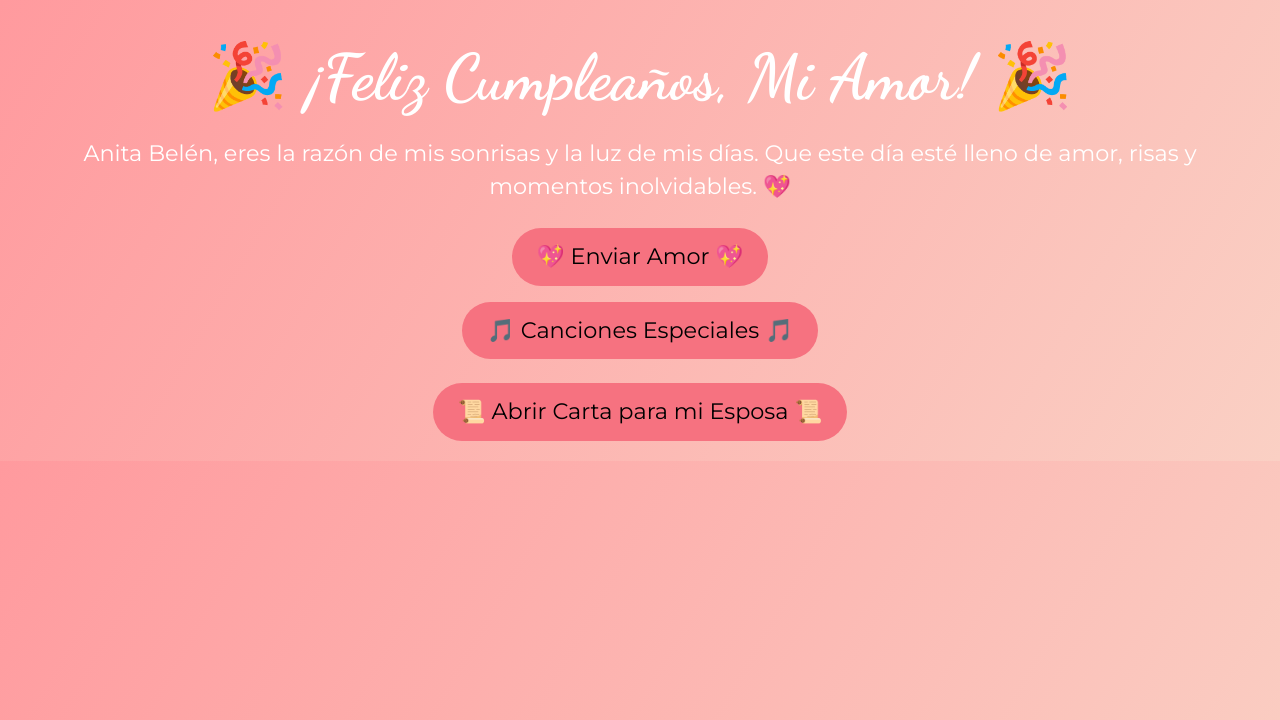
Repository: Jchimbo99/Esposa
Page: index.html
These files come from the project's save history. The page is drawn as it stood at one moment and after the next save; the edit follows.
The browser window is 1280 px wide. The pictures show the whole page.

Above is the page before, as saved 2025-01-24 10:04:37.

After the next save:
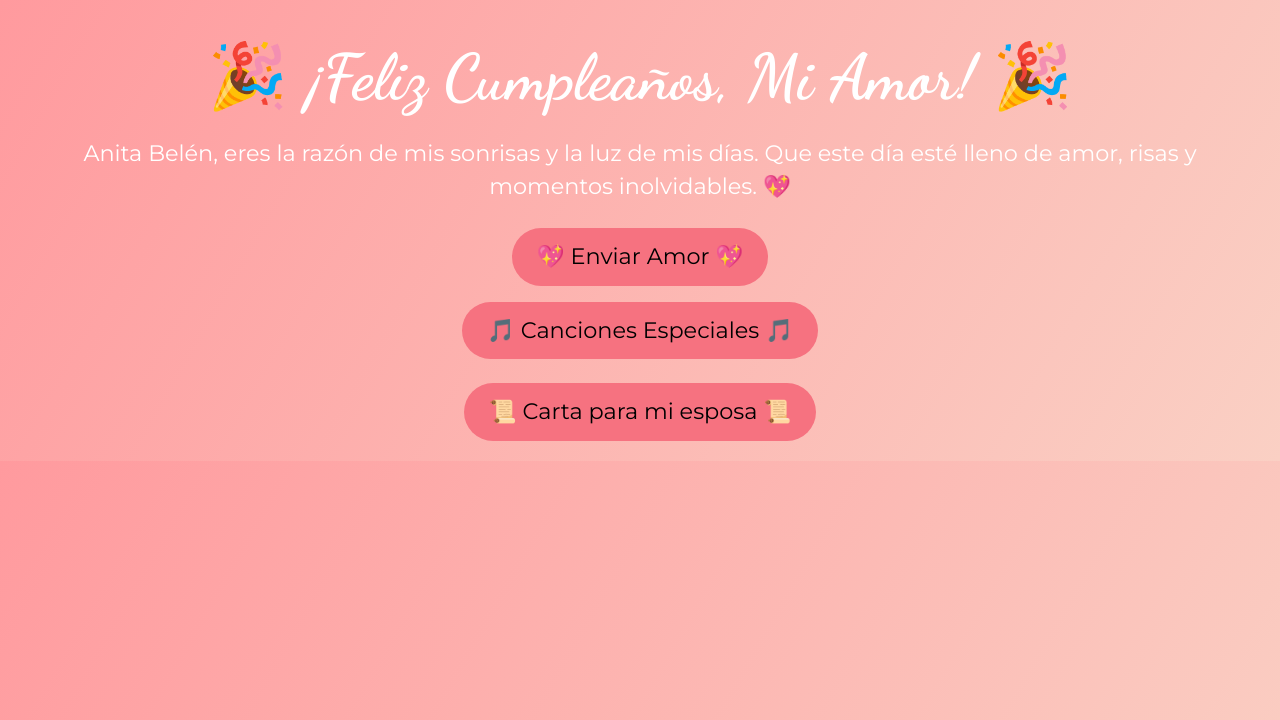
Saved 93 s later.
--- a/index.html
+++ b/index.html
@@ -120,26 +120,18 @@
             </div>
         </div>
 
-        <!-- Nuevo botón para abrir la carta -->
+        <!-- Nuevo botón para abrir la carta automáticamente -->
         <div class="mt-4">
-            <button class="btn btn-custom" onclick="openCarta()">📜 Abrir Carta para mi Esposa 📜</button>
+            <button class="btn btn-custom" onclick="openCarta()">📜 Carta para mi esposa 📜</button>
         </div>
 
         <!-- Contenedor de la carta -->
         <div id="cartaContainer">
-            <img src="https://via.placeholder.com/300x200.png?text=Abrir+Carta" class="carta-img" onclick="toggleCarta()">
             <div id="carta" class="carta">
                 <p>Mi amor,</p>
-                <p>Querida Anita Belén:
-                    Hoy, en el día de tu cumpleaños, quiero escribirte desde lo más profundo de mi corazón, porque no hay palabras suficientes para describir cuánto significas para mí. Eres mucho más que mi esposa; eres mi compañera de vida, mi apoyo incondicional y el mayor regalo que Dios me ha dado.
-                    Quiero agradecerte, mi amor, por ser esa mujer increíble que nunca deja de sorprenderme con su bondad, su paciencia y su fortaleza. Por cada sonrisa que me regalas, por cada palabra de aliento y por cada vez que me demuestras que el amor verdadero existe. En cada día de nuestra vida juntos, tú has sido mi razón para seguir adelante, incluso cuando la vida me pone retos.
-                    Gracias, Anita Belén, por cuidarme con tanto amor y dedicación, especialmente en los momentos difíciles. Por esas noches en las que velas por mí, por tus manos que me sostienen, por tu corazón lleno de amor que nunca se cansa de dar. Tu cariño es mi mayor bendición, y en tus ojos encuentro la paz que necesito para enfrentar cualquier cosa.
-                    Hoy, en tu día, le pido a Dios que te llene de salud, alegría y muchos años más de vida. Que cada sonrisa tuya se multiplique, que cada deseo de tu corazón se cumpla, y que todas las bendiciones que me das se te devuelvan al triple. Porque si alguien merece ser feliz, eres tú, mi reina.
-                    Quiero que sepas que, aunque no siempre pueda expresarlo como quisiera, cada día te amo más. Eres mi todo, mi motivo, mi milagro. Hoy celebro tu vida, y le doy gracias a Dios por permitirme compartirla contigo.
-                    Te amo con todo mi corazón. ¡Feliz cumpleaños, mi hermosa Anita Belén!
-
-                    </p>
-                <p class="signature">Con todo mi amor, [RUEDITAS]</p>
+                <p>Hoy es un día muy especial, un día en el que celebro la dicha de tenerte en mi vida. Tu amor me llena de alegría y me hace sentir afortunado cada día. Gracias por ser la razón de mis sonrisas y por llenar mi corazón de amor incondicional.</p>
+                <p>Te amo más de lo que las palabras pueden expresar, y siempre lo haré. ¡Feliz cumpleaños, mi amor! Que este día esté lleno de amor, felicidad y momentos que nunca olvidarás.</p>
+                <p class="signature">Con todo mi amor, tu [nombre]</p>
             </div>
         </div>
     </div>
@@ -188,13 +180,13 @@
         }
 
         function openCarta() {
+            // Muestra el contenedor de la carta
             document.getElementById('cartaContainer').style.display = 'block';
-        }
 
-        function toggleCarta() {
-            const cartaImg = document.querySelector('.carta-img');
-            cartaImg.classList.toggle('opened');
-            document.getElementById('carta').style.display = 'block';
+            // Muestra la carta con un pequeño retraso para simular la animación de apertura
+            setTimeout(() => {
+                document.getElementById('carta').style.display = 'block';
+            }, 200);
         }
     </script>
 </body>

After the 2 saves that followed:
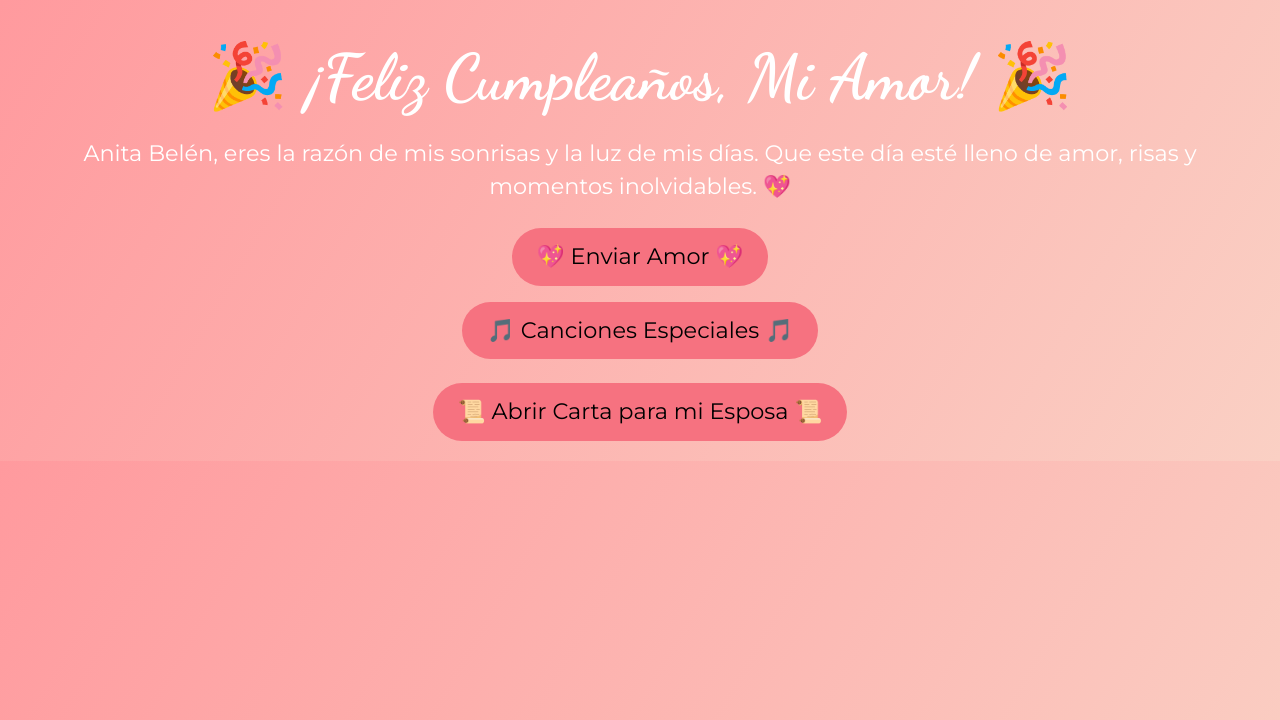
The 2 saves are shown as one change because they came seconds apart.
The last was saved 22 s later.
--- a/index.html
+++ b/index.html
@@ -120,18 +120,26 @@
             </div>
         </div>
 
-        <!-- Nuevo botón para abrir la carta automáticamente -->
+        <!-- Nuevo botón para abrir la carta -->
         <div class="mt-4">
-            <button class="btn btn-custom" onclick="openCarta()">📜 Carta para mi esposa 📜</button>
+            <button class="btn btn-custom" onclick="openCarta()">📜 Abrir Carta para mi Esposa 📜</button>
         </div>
 
         <!-- Contenedor de la carta -->
         <div id="cartaContainer">
+            <img src="https://via.placeholder.com/300x200.png?text=Abrir+Carta" class="carta-img" onclick="toggleCarta()">
             <div id="carta" class="carta">
                 <p>Mi amor,</p>
-                <p>Hoy es un día muy especial, un día en el que celebro la dicha de tenerte en mi vida. Tu amor me llena de alegría y me hace sentir afortunado cada día. Gracias por ser la razón de mis sonrisas y por llenar mi corazón de amor incondicional.</p>
-                <p>Te amo más de lo que las palabras pueden expresar, y siempre lo haré. ¡Feliz cumpleaños, mi amor! Que este día esté lleno de amor, felicidad y momentos que nunca olvidarás.</p>
-                <p class="signature">Con todo mi amor, tu [nombre]</p>
+                <p>Querida Anita Belén:
+                    Hoy, en el día de tu cumpleaños, quiero escribirte desde lo más profundo de mi corazón, porque no hay palabras suficientes para describir cuánto significas para mí. Eres mucho más que mi esposa; eres mi compañera de vida, mi apoyo incondicional y el mayor regalo que Dios me ha dado.
+                    Quiero agradecerte, mi amor, por ser esa mujer increíble que nunca deja de sorprenderme con su bondad, su paciencia y su fortaleza. Por cada sonrisa que me regalas, por cada palabra de aliento y por cada vez que me demuestras que el amor verdadero existe. En cada día de nuestra vida juntos, tú has sido mi razón para seguir adelante, incluso cuando la vida me pone retos.
+                    Gracias, Anita Belén, por cuidarme con tanto amor y dedicación, especialmente en los momentos difíciles. Por esas noches en las que velas por mí, por tus manos que me sostienen, por tu corazón lleno de amor que nunca se cansa de dar. Tu cariño es mi mayor bendición, y en tus ojos encuentro la paz que necesito para enfrentar cualquier cosa.
+                    Hoy, en tu día, le pido a Dios que te llene de salud, alegría y muchos años más de vida. Que cada sonrisa tuya se multiplique, que cada deseo de tu corazón se cumpla, y que todas las bendiciones que me das se te devuelvan al triple. Porque si alguien merece ser feliz, eres tú, mi reina.
+                    Quiero que sepas que, aunque no siempre pueda expresarlo como quisiera, cada día te amo más. Eres mi todo, mi motivo, mi milagro. Hoy celebro tu vida, y le doy gracias a Dios por permitirme compartirla contigo.
+                    Te amo con todo mi corazón. ¡Feliz cumpleaños, mi hermosa Anita Belén!
+
+                    </p>
+                <p class="signature">Con todo mi amor, [RUEDITAS]</p>
             </div>
         </div>
     </div>
@@ -180,13 +188,13 @@
         }
 
         function openCarta() {
-            // Muestra el contenedor de la carta
             document.getElementById('cartaContainer').style.display = 'block';
-
-            // Muestra la carta con un pequeño retraso para simular la animación de apertura
-            setTimeout(() => {
-                document.getElementById('carta').style.display = 'block';
-            }, 200);
+        }
+
+        function toggleCarta() {
+            const cartaImg = document.querySelector('.carta-img');
+            cartaImg.classList.toggle('opened');
+            document.getElementById('carta').style.display = 'block';
         }
     </script>
 </body>
